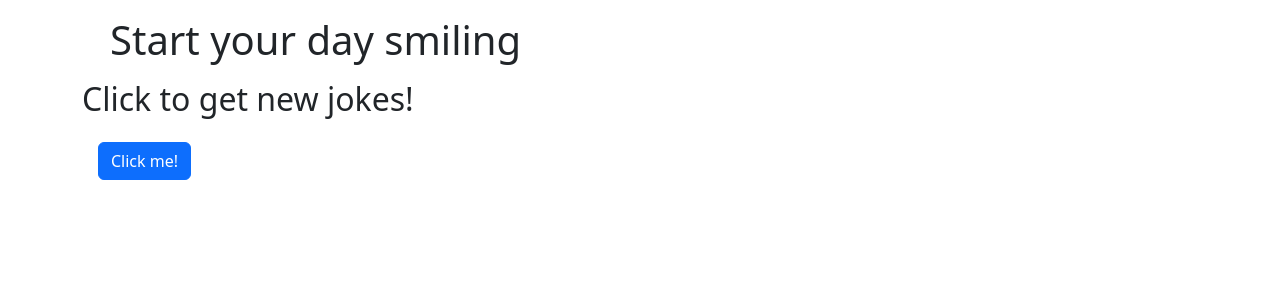
Repository: danieltikamori/wdb
Page: projects/Joke Machine/index.html
The author's editor kept a copy of each file at every save. The page is drawn from the files as they stood at one save, then again after a run of saves.
The browser window is 1280 px wide. The pictures show the whole page.
After loading, the first visible `#jokeButton` was clicked once.
The page's requests for data from a server got no answer. Some web libraries are served in a nearby version.

Above is the page before, as saved 2023-01-28 18:02:56.
Console error (its wording comes from the project's code and is left out).

### projects/Joke Machine/index.html
<!DOCTYPE html>
<html lang="en">
<head>
  <meta charset="UTF-8">
  <meta http-equiv="X-UA-Compatible" content="IE=edge">
  <meta name="viewport" content="width=device-width, initial-scale=1.0">
  <title>Joke Machine</title>
  <link href="https://cdn.jsdelivr.net/npm/bootstrap@5.3.0-alpha1/dist/css/bootstrap.min.css" rel="stylesheet" integrity="sha384-GLhlTQ8iRABdZLl6O3oVMWSktQOp6b7In1Zl3/Jr59b6EGGoI1aFkw7cmDA6j6gD" crossorigin="anonymous">
</head>
<body>
  <div class="container">
    <h1 class="m-3 container-fluid">Start your day smiling</h1>
    <h2>Click to get new jokes!</h2>
    <button id="jokeButton" class="btn btn-primary m-3">Click me!</button>
    <ul id="jokes"></ul>
  </div>

  <script src="https://cdn.jsdelivr.net/npm/bootstrap@5.3.0-alpha1/dist/js/bootstrap.bundle.min.js" integrity="sha384-w76AqPfDkMBDXo30jS1Sgez6pr3x5MlQ1ZAGC+nuZB+EYdgRZgiwxhTBTkF7CXvN" crossorigin="anonymous"></script><script src="https://cdn.jsdelivr.net/npm/bootstrap@5.3.0-alpha1/dist/js/bootstrap.bundle.min.js" integrity="sha384-w76AqPfDkMBDXo30jS1Sgez6pr3x5MlQ1ZAGC+nuZB+EYdgRZgiwxhTBTkF7CXvN" crossorigin="anonymous"></script>
  <script src="https://cdn.jsdelivr.net/npm/axios@1.1.2/dist/axios.min.js"></script>
  <script src="app.js"></script>
</body>
</html>

### projects/Joke Machine/app.js
// axios.get("https://icanhazdadjoke.com/").then((res) =>{
//   console.log("Accept: ")
// })

const jokes = document.querySelector("#jokes");
const button = document.querySelector("#jokeButton");

const addNewJoke = async () => {
  const jokeText = await getDadJoke();
  const newLI = document.createElement("LI");
  newLI.append(jokeText);
  newLI.append(newLI);
};

const getDadJoke = async () => {
  try {
    const config = { headers: { Accept: "application/json" } };
    const response = await axios.get("https://icanhazdadjoke.com/", config);
    return response.data.joke;
  } catch (err) {
    console.log(err);
  }
};
button.addEventListener("click", addNewJoke); //Event listener must be after the function

After the next 2 saves:
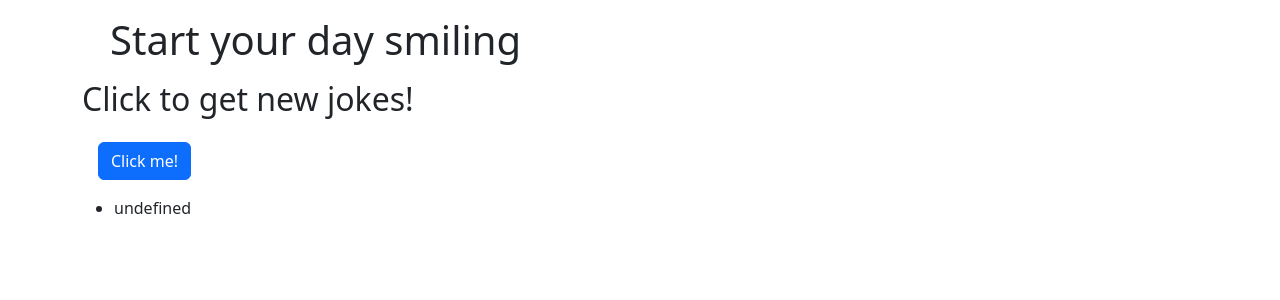
The error is gone.
The 2 saves are shown as one change because they came seconds apart.
The last was saved 43 s later.
--- a/projects/Joke Machine/app.js
+++ b/projects/Joke Machine/app.js
@@ -9,7 +9,7 @@
   const jokeText = await getDadJoke();
   const newLI = document.createElement("LI");
   newLI.append(jokeText);
-  newLI.append(newLI);
+  jokes.append(newLI);
 };
 
 const getDadJoke = async () => {
